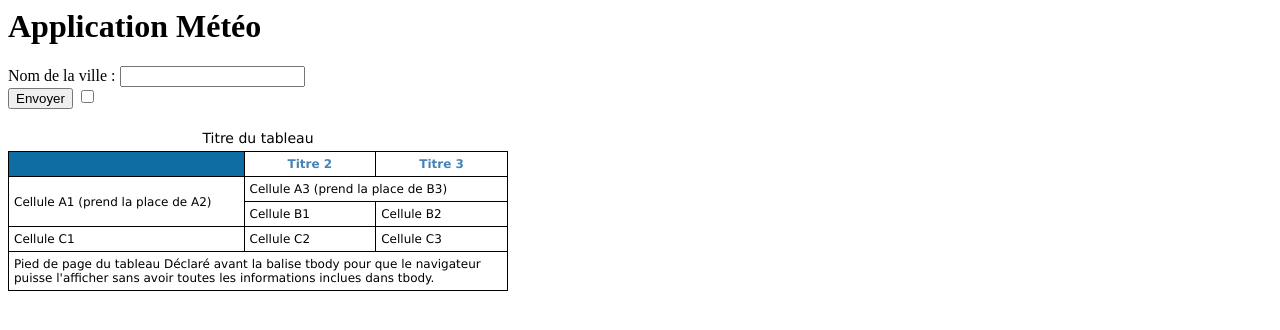
Repository: IFATech-Metz/dev-log-4
Page: projet.html
The author's editor kept a copy of each file at every save. The page is drawn from the files as they stood at one save, then again after the next save.
The browser window is 1280 px wide. The pictures show the whole page.
The page's requests for data from a server got no answer.

Above is the page before, as saved 2019-01-21 20:13:34.

### projet.html
<html>
    <head>
        <title>Météo du jour</title>
        <script src="meteo.js"></script>
        <link rel="stylesheet" type="text/css" href="style.css">
    </head>
    <body onload="init_page()">
        <h1>Application M&eacute;t&eacute;o</h1>
        <p>
            Nom de la ville :
            <input type="text" id="ville" value=""><br>

            <button type="button" onclick="get_temperature()">Envoyer</button>
            <input type="checkbox" id="url_visibility">

        </p>

       <div id="url">
       </div>

        <div id="meteo">
        </div>
        <table rules="all" cellpadding="5px" style="width:500px; border:solid 1px black; font-family:verdana; font-size:12px;">
            <caption style="margin:5px; font-size:14px;">Titre du tableau</caption>
            <thead>
               <tr style="color:steelblue;">
                  <th  id="meteo"></th>
                  <th>Titre 2</th>
                  <th>Titre 3</th>
               </tr>
            </thead>
            <tfoot>
               <tr>
                  <td colspan="3">
                  Pied de page du tableau
                  Déclaré avant la balise tbody pour que le navigateur puisse l'afficher
                  sans avoir toutes les informations inclues dans tbody.
                  </td>
               </tr>
            </tfoot>
            <tbody>
               <tr>
                  <td rowspan="2">Cellule A1 (prend la place de A2)</td>
                  <td colspan="2">Cellule A3 (prend la place de B3)</td>
               </tr>
               <tr>
                  <td>Cellule B1</td>
                  <td>Cellule B2</td>
               </tr>
               <tr>
                  <td>Cellule C1</td>
                  <td>Cellule C2</td>
                  <td>Cellule C3</td>
               </tr>
            </tbody>
         </table>








        <div id="latitude">
        </div>
        <div id="longitude">
        </div>
        <div id="humidity">
        </div>
        <div id="sun_rise">
        </div>
        <div id="sun_set">
        </div>
        <div id="weather_value">
        </div>
        <div id="pressure">
        </div>
        <div id="temp_min">
        </div>
        <div id="temp_max">
        </div>
        <div id="speed">
        </div>
        <div id="direction">
        </div>
        <div id="clouds">
        </div>

        <img id="icon" src="">
    </body>
</html>

### meteo.js
var xhr = new XMLHttpRequest();

// Forme générale du lien :
// http://maps.openweathermap.org/maps/2.0/weather/TA2/{z}/{x}/{y}?
// date=1527811200&opacity=0.9&fill_bound=true&appid={api_key}

var base_url = "http://api.openweathermap.org/data/2.5/weather";
var city = "Metz";
var units = "metric";
var appid = "f5e810531af1756846022c6f387acf25";

function get_url() {
    return base_url + "?"
        + "q=" + city + "&"
        + "units=" + units + "&"
        + "appid=" + appid;

}

function init_page() {
    xhr.onreadystatechange = function() {
        if (this.readyState == 4 && this.status == 200) {

            document.getElementById("url").innerHTML = get_url();
//Temperature
            var response = JSON.parse(this.responseText);
            var temperature = response.main.temp;
//Latitude et longitude
            var latitude = response.coord.lat;
            var longitude = response.coord.lon;
//Humidité
           var humidity = response.main.humidity;
//levé et couché de soleil
            // Create a new JavaScript Date object based on the timestamp
            // multiplied by 1000 so that the argument is in milliseconds, not seconds.
        var dateL = new Date(response.sys.sunrise*1000);
        // Hours part from the timestamp
        var hoursL = dateL.getHours();
        // Minutes part from the timestamp
        var minutesL = "0" + dateL.getMinutes();
        // Seconds part from the timestamp
        var secondsL = "0" + dateL.getSeconds();

        // Will display time in 10:30:23 format
        var formattedTimeL = hoursL + ':' + minutesL.substr(-2) + ':' + secondsL.substr(-2);
            var sun_rise = formattedTimeL;

        var dateC = new Date(response.sys.sunset*1000);
        // Hours part from the timestamp
        var hoursC = dateC.getHours();
        // Minutes part from the timestamp
        var minutesC = "0" + dateC.getMinutes();
        // Seconds part from the timestamp
        var secondsC = "0" + dateC.getSeconds();

        // Will display time in 10:30:23 format
        var formattedTimeC = hoursC + ':' + minutesC.substr(-2) + ':' + secondsC.substr(-2);
        var sun_set = formattedTimeC;
// condition météo
            var weather_value = response.weather[0].main
//pression
            var pressure = response.main.pressure;
//temp_min
            var temp_min = response.main.temp_min;
//temp_max
            var temp_max = response.main.temp_max;
//wind speed
            var speed = response.wind.speed;
//wind direction
            var direction = response.wind.deg;
//clouds
            var clouds = response.clouds.all;
//Icone
            var icon = response.weather[0].icon;
            var src = "http://openweathermap.org/img/w/" + icon + ".png";


            document.getElementById("meteo").innerHTML = temperature;
            document.getElementById("latitude").innerHTML = latitude;
            document.getElementById("longitude").innerHTML = longitude;
            document.getElementById("humidity").innerHTML = humidity;
            document.getElementById("sun_rise").innerHTML = sun_rise;
            document.getElementById("sun_set").innerHTML = sun_set;
            document.getElementById("weather_value").innerHTML = weather_value;
            document.getElementById("pressure").innerHTML = pressure;
            document.getElementById("temp_min").innerHTML = temp_min;
            document.getElementById("temp_max").innerHTML = temp_max;
            document.getElementById("speed").innerHTML = speed;
            document.getElementById("direction").innerHTML = direction;
            document.getElementById("clouds").innerHTML = clouds;
            document.getElementById("icon").src = src;
        }
    }

    xhr.open("GET", get_url(), true)
    xhr.send()
}
function get_temperature() {
    city = document.getElementById("ville").value;

    xhr.onreadystatechange = function() {
        if (this.readyState == 4 && this.status == 200) {
            //TODO
            document.getElementById("url").innerHTML = get_url();

            if(document.getElementById("url_visibility").checked){
                document.getElementById("url").style.display = "block";
            }
            else{
                document.getElementById("url").style.display = "none";
            }

            var response = JSON.parse(this.responseText);
            var temperature = response.main.temp;
            var latitude = response.coord.lat;
            var longitude = response.coord.lon;
            var humidity = response.main.humidity;
            var dateL = new Date(response.sys.sunrise*1000);
            // Hours part from the timestamp
            var hoursL = dateL.getHours();
            // Minutes part from the timestamp
            var minutesL = "0" + dateL.getMinutes();
            // Seconds part from the timestamp
            var secondsL = "0" + dateL.getSeconds();

            // Will display time in 10:30:23 format
            var formattedTimeL = hoursL + ':' + minutesL.substr(-2) + ':' + secondsL.substr(-2);
            var sun_rise = formattedTimeL;

           var dateC = new Date(response.sys.sunset*1000);
            // Hours part from the timestamp
            var hoursC = dateC.getHours();
            // Minutes part from the timestamp
            var minutesC = "0" + dateC.getMinutes();
            // Seconds part from the timestamp
            var secondsC = "0" + dateC.getSeconds();

            // Will display time in 10:30:23 format
            var formattedTimeC = hoursC + ':' + minutesC.substr(-2) + ':' + secondsC.substr(-2);
            var sun_set = formattedTimeC;

            var weather_value = response.weather[0].main;
            var pressure = response.main.pressure;
            var temp_min = response.main.temp_min;
            var temp_max = response.main.temp_max;
            var speed = response.wind.speed;
            var direction = response.wind.deg;
            var clouds = response.clouds.all;

            var icon = response.weather[0].icon;
            var src = "http://openweathermap.org/img/w/" + icon + ".png";

            document.getElementById("meteo").innerHTML = temperature;
            document.getElementById("latitude").innerHTML = latitude;
            document.getElementById("longitude").innerHTML = longitude;
            document.getElementById("humidity").innerHTML = humidity;
            document.getElementById("sun_rise").innerHTML = sun_rise;
            document.getElementById("sun_set").innerHTML = sun_set;
            document.getElementById("weather_value").innerHTML = weather_value;
            document.getElementById("pressure").innerHTML = pressure;
            document.getElementById("temp_min").innerHTML = temp_min;
            document.getElementById("temp_max").innerHTML = temp_max;
            document.getElementById("speed").innerHTML = speed;
            document.getElementById("direction").innerHTML = direction;
            document.getElementById("clouds").innerHTML = clouds;

            document.getElementById("icon").src = src;
        }
    }

    xhr.open("GET", get_url(), true)
    xhr.send()
}

### style.css
#url {
    color: red;
    display: none;
}
#meteo {
    background: rgb(16, 109, 163);
    color: white;
}
#latitude {
    background: rgb(163, 75, 16);
    color: white;
}
#longitude {
    background: rgb(16, 109, 163);
    color: white;
}
#humidity {
    background: rgb(16, 109, 163);
    color: white;
}
#sun_rise {
    background: rgb(222, 236, 28);
    color: white;
}

#sun_set {
    background: rgb(236, 37, 210);
    color: white;
}
#weather_value {
    background: rgb(25, 247, 18);
    color: white;
}
#pressure {
    background: blue;
    color: white;
}
#temp_min {
    background: blue;
    color: white;
}
#temp_max {
    background: red;
    color: white;
}
#speed {
    background:green;
    color: white;
}
#direction {
    background:green;
    color: white;
}
#clouds {
    background: greenyellow;
    color: white;
}

After the next save:
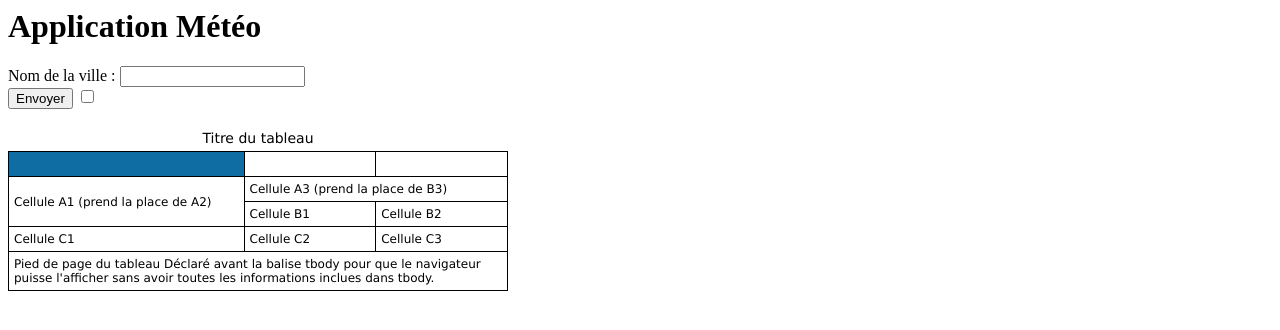
Saved 40 s later.
--- a/projet.html
+++ b/projet.html
@@ -23,7 +23,7 @@
         <table rules="all" cellpadding="5px" style="width:500px; border:solid 1px black; font-family:verdana; font-size:12px;">
             <caption style="margin:5px; font-size:14px;">Titre du tableau</caption>
             <thead>
-               <tr style="color:steelblue;">
+               <tr style="color:white;">
                   <th  id="meteo"></th>
                   <th>Titre 2</th>
                   <th>Titre 3</th>
